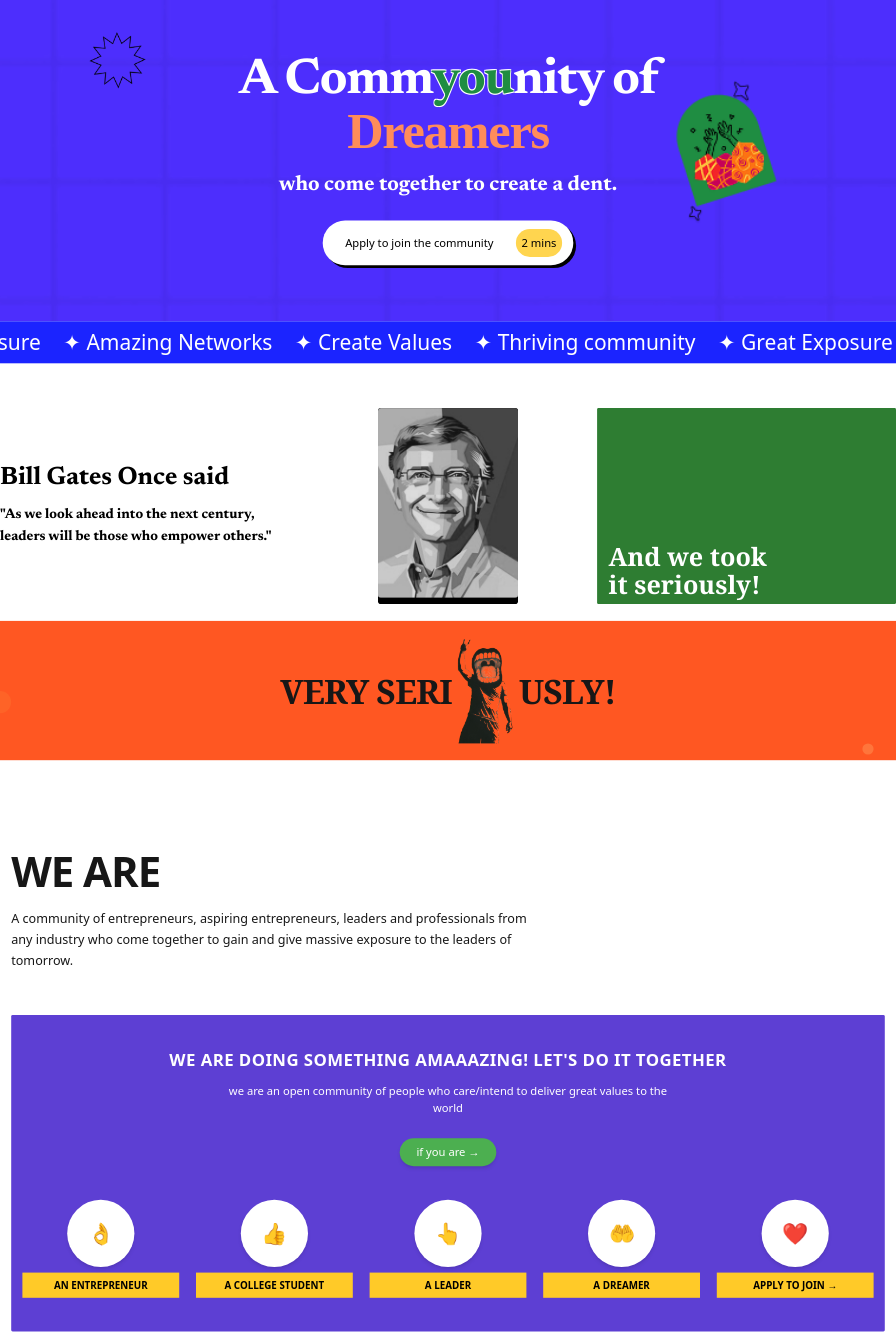
Repository: as-avni/dreamersite
Page: /
These files come from the project's save history. The page is drawn as it stood at one moment and after the next save; the edit follows.
The browser window is 1280 px wide. The pictures show the part of the page from y = 0 to 1920 px (the page is 2623 px tall), at 70% of full size.
Some web fonts or font styles are not loaded; a fallback is used. The project was rebuilt for these pictures with package versions that can differ from the ones it lists, and the page was loaded fresh each time. Some packages were replaced by stand-ins written for this rebuild. The framework's server and built-in components were replaced by stand-ins that run in the browser. Also part of the build but not shown: next.config.ts.

Above is the page before, as saved 2025-03-21 04:53:09.

### src/app/page.tsx
import Hero from "@/components/hero"
import MovingBanner from "@/components/banner"
import BillGatesSection from "@/components/bill-gates"
import AmazingSection from "@/components/amazing"
import QuickFormSection from "@/components/form"

export default function Home() {
  return (
    <main className="min-h-screen bg-white font-sans antialiased">
      <Hero />
      <MovingBanner />
      <BillGatesSection />
      <AmazingSection />
      <QuickFormSection />
    </main>
  )
}

### src/app/globals.css
@import url('https://fonts.googleapis.com/css2?family=Anek+Devanagari:wght@100..800&family=Khand:wght@300;400;500;600;700&family=Newsreader:ital,opsz,wght@0,6..72,200..800;1,6..72,200..800&family=Noto+Sans:ital,wght@0,100..900;1,100..900&family=Poppins:ital,wght@0,100;0,200;0,300;0,400;0,500;0,600;0,700;0,800;0,900;1,100;1,200;1,300;1,400;1,500;1,600;1,700;1,800;1,900&family=Rampart+One&display=swap');

@tailwind base;
@tailwind components;
@tailwind utilities;

:root {
  --background: #ffffff;
  --foreground: #171717;
}

@media (prefers-color-scheme: dark) {
  :root {
    --background: #0a0a0a;
    --foreground: #ededed;
  }
}

html,
body {
  max-width: 100vw;
  overflow-x: hidden;
}

body {
  color: var(--foreground);
  background: var(--background);
  font-family: Arial, Helvetica, sans-serif;
  -webkit-font-smoothing: antialiased;
  -moz-osx-font-smoothing: grayscale;
}

* {
  box-sizing: border-box;
  padding: 0;
  margin: 0;
}

a {
  color: inherit;
  text-decoration: none;
}

@media (prefers-color-scheme: dark) {
  html {
    color-scheme: dark;
  }
}

### src/components/hero.tsx
"use client"

import { motion } from "framer-motion"

export default function Hero() {
  return (
    <section className="relative flex flex-col items-center justify-center py-20 px-4 text-white text-center overflow-hidden bg-[url('/images/grid-bg.png')] bg-stretch">

      {/* Rotating Star Image */}
      <motion.img
        src="/images/Star.png"
        alt="Star"
        className="absolute w-20 h-20"
        style={{ top: "10%", left: "10%" }}
        // animate={{ rotate: 360 }}
        // transition={{ repeat: Infinity, duration: 10, ease: "linear" }}
      />

      {/* Static Image in a Div */}
      <div
        className="absolute w-60 h-60 bg-cover bg-center"
        style={{ top: "20%", right: "10%", backgroundImage: "url('/images/image.png')" }}
      ></div>

      <div className="relative max-w-3xl mx-auto w-full">
        <motion.h1
          className="text-5xl md:text-6xl lg:text-7xl font-newsreader font-bold mb-4 tracking-tight"
          initial={{ opacity: 0, y: 20 }}
          animate={{ opacity: 1, y: 0 }}
          transition={{ duration: 0.8 }}
        >
          A Comm<span className="text-[#1F8D42] [text-shadow:-1px_-1px_0_white,1px_-1px_0_white,-1px_1px_0_white,1px_1px_0_white]">you</span>nity of <br />
          <span className="font-rampartone text-[#FF8C5A]">Dreamers</span>
        </motion.h1>

        <motion.p
          className="text-3xl mb-8 font-bold font-newsreader"
          initial={{ opacity: 0, y: 20 }}
          animate={{ opacity: 1, y: 0 }}
          transition={{ duration: 0.8, delay: 0.2 }}
        >
          who come together to create a dent.
        </motion.p>

        <motion.div
          className="inline-flex items-center bg-white rounded-full px-2 py-1 text-black font-medium transition-all hover:bg-gray-50 shadow-[4px_4px_0px_black]"
          initial={{ opacity: 0, y: 20 }}
          animate={{ opacity: 1, y: 0 }}
          transition={{ duration: 0.8, delay: 0.4 }}
          whileHover={{ scale: 1.03 }}
        >
          <button className="bg-white text-black rounded-full px-6 py-4 font-medium transition-all hover:bg-gray-50">
            Apply to join the community
          </button>
          <span className="text-black bg-[#FFD54F] p-2 rounded-full font-medium ml-2 mr-2">2 mins</span>
        </motion.div>
      </div>
    </section>
  )
}

### src/components/banner.tsx
"use client"

import { useRef } from "react"

export default function MovingBanner() {
  const bannerItems = [
    "✦ Thriving community",
    "✦ Great Exposure",
    "✦ Amazing Networks",
    "✦ Create Values",
  ]

  return (
    <div className="bg-[#1B24FF] text-white py-3 overflow-hidden relative">
      <div className="flex whitespace-nowrap mx-auto w-max animate-scrollBanner">
        {/* Duplicate the items to ensure seamless looping */}
        {[...bannerItems,...bannerItems,...bannerItems].map((item, index) => (
          <span key={index} className="mx-4 text-3xl font-medium">
            {item}
          </span>
        ))}
      </div>

      {/* CSS Animation */}
      <style jsx>{`
        @keyframes scrollBanner {
          from {
            transform: translateX(0);
          }
          to {
            transform: translateX(-50%);
          }
        }

        .animate-scrollBanner {
          animation: scrollBanner 20s linear infinite;
        }
      `}</style>
    </div>
  )
}

### src/components/bill-gates.tsx
"use client"

import Image from "next/image"
import { motion } from "framer-motion"

export default function BillGatesSection() {
return (
    <section className=" py-16 px-4 md:px-0 lg:px-0 max-w-7xl mx-auto w-full">
        <div className="grid grid-cols-1 md:grid-cols-3 w-full items-center">
            {/* Quote Text Section */}
            <motion.div
                className="col-span-1 flex flex-col justify-center w-[]"
                initial={{ opacity: 0, x: -20 }}
                whileInView={{ opacity: 1, x: 0 }}
                transition={{ duration: 0.6 }}
                viewport={{ once: true }}
            >
                <h2 className="px-0 text-4xl font-bold mb-4 text-black font-newsreader">Bill Gates Once said</h2>
                <p className="text-xl leading-relaxed font-bold text-black font-newsreader">
                &quot;As we look ahead into the next century, leaders will be those who empower others.&quot;
                </p>
            </motion.div>

            {/* Bill Gates Image */}
            <motion.div
                className="col-span-1 flex justify-center items-center"
                initial={{ opacity: 0, y: 20 }}
                whileInView={{ opacity: 1, y: 0 }}
                transition={{ duration: 0.6, delay: 0.2 }}
                viewport={{ once: true }}
            >
                <div className="relative w-[200px] h-[280px] bg-black rounded overflow-hidden">
                    <Image
                        src="/images/bill.jpg"
                        width={200}
                        height={200}
                        alt="Bill Gates"
                        className="rounded object-cover"
                    />
                </div>
            </motion.div>

            {/* Green Box Section */}
            <motion.div
                className="h-[280px] col-span-1 bg-[#2E7D32] flex flex-col p-6 text-white rounded-sm relative"
                initial={{ opacity: 0, x: 20 }}
                whileInView={{ opacity: 1, x: 0 }}
                transition={{ duration: 0.6, delay: 0.4 }}
                viewport={{ once: true }}>
                <p className="absolute bottom-12 left-4 text-4xl font-serif font-bold">
                    And we took
                </p>
                <p className="absolute bottom-2 left-4 text-4xl font-bold font-serif">
                    it seriously!
                </p>
            </motion.div>

        </div>

        {/* Orange Section */}
        <motion.div
            className="mt-6 bg-[#FF5722] py-6 px-4 flex items-center justify-center relative overflow-hidden"
            initial={{ opacity: 0, y: 20 }}
            whileInView={{ opacity: 1, y: 0 }}
            transition={{ duration: 0.6, delay: 0.6 }}
            viewport={{ once: true }}
        >
            <div className="flex items-center justify-center space-x-2">
                <h2 className="text-4xl md:text-5xl font-black tracking-tight font-serif">VERY SERI</h2>
                <Image
                    src="/images/seriously.png"
                    width={80}
                    height={100}
                    alt="Serious Photo"
                    className="object-contain"
                />
                <h2 className="text-4xl md:text-5xl font-black tracking-tight font-serif">USLY!</h2>
            </div>

            {/* Decorative elements */}
            <div className="absolute -left-4 top-1/2 w-8 h-8 bg-orange-400 rounded-full opacity-20"></div>
            <div className="absolute right-8 bottom-2 w-4 h-4 bg-orange-300 rounded-full opacity-30"></div>
        </motion.div>
    </section>
)
}

### src/components/amazing.tsx
"use client"

import { motion } from "framer-motion"

export default function AmazingSection() {
  const containerVariants = {
    hidden: { opacity: 0 },
    visible: {
      opacity: 1,
      transition: {
        staggerChildren: 0.1,
      },
    },
  }

  const itemVariants = {
    hidden: { opacity: 0, y: 20 },
    visible: { opacity: 1, y: 0 },
  }

  return (
    <section className="py-16">
      <div className="container mx-auto px-4">
        <motion.div
          className="mb-16"
          initial={{ opacity: 0, y: 20 }}
          whileInView={{ opacity: 1, y: 0 }}
          transition={{ duration: 0.6 }}
          viewport={{ once: true }}
        >
          <h2 className="text-6xl font-bold mb-6 tracking-tight">WE ARE</h2>
          <p className="text-lg max-w-3xl leading-relaxed">
            A community of entrepreneurs, aspiring entrepreneurs, leaders and professionals from any industry who come
            together to gain and give massive exposure to the leaders of tomorrow.
          </p>
        </motion.div>

        <div className="bg-[#5D3FD3] text-white py-12 px-4 text-center rounded-sm">
          <motion.h2
            className="text-2xl font-bold mb-4 uppercase tracking-wide"
            initial={{ opacity: 0, y: 20 }}
            whileInView={{ opacity: 1, y: 0 }}
            transition={{ duration: 0.6 }}
            viewport={{ once: true }}
          >
            We are doing something amaaazing! Let's do it together
          </motion.h2>

          <motion.p
            className="mb-8 max-w-2xl mx-auto"
            initial={{ opacity: 0, y: 20 }}
            whileInView={{ opacity: 1, y: 0 }}
            transition={{ duration: 0.6, delay: 0.2 }}
            viewport={{ once: true }}
          >
            we are an open community of people who care/intend to deliver great values to the world
          </motion.p>

          <motion.button
            className="bg-[#4CAF50] text-white px-6 py-2 rounded-full mb-12 shadow-md hover:bg-[#3d9c40] transition-all"
            initial={{ opacity: 0, y: 20 }}
            whileInView={{ opacity: 1, y: 0 }}
            transition={{ duration: 0.6, delay: 0.4 }}
            viewport={{ once: true }}
            whileHover={{ scale: 1.05 }}
            whileTap={{ scale: 0.95 }}
          >
            if you are →
          </motion.button>

          <motion.div
            className="grid grid-cols-1 md:grid-cols-5 gap-6"
            variants={containerVariants}
            initial="hidden"
            whileInView="visible"
            viewport={{ once: true }}
          >
            <CategoryCard icon="👌" title="AN ENTREPRENEUR" />
            <CategoryCard icon="👍" title="A COLLEGE STUDENT" />
            <CategoryCard icon="👆" title="A LEADER" />
            <CategoryCard icon="🤲" title="A DREAMER" />

            <motion.div className="flex flex-col items-center" variants={itemVariants}>
              <div className="w-24 h-24 rounded-full bg-white mb-2 flex items-center justify-center shadow-md">
                <span className="text-3xl">❤️</span>
              </div>
              <div className="bg-[#FFCA28] py-2 px-4 text-center w-full text-black font-medium hover:bg-[#FFB300] transition-colors cursor-pointer">
                <p className="font-bold text-sm">APPLY TO JOIN →</p>
              </div>
            </motion.div>
          </motion.div>
        </div>

        <motion.div
          className="mt-6 bg-[#FFCA28] p-4 rounded-sm"
          initial={{ opacity: 0, y: 20 }}
          whileInView={{ opacity: 1, y: 0 }}
          transition={{ duration: 0.6, delay: 0.8 }}
          viewport={{ once: true }}
        >
          <div className="flex flex-col md:flex-row">
            <div className="md:w-1/3 mb-4 md:mb-0">
              <h3 className="font-bold text-lg">WE ARE FOR</h3>
              <p className="italic font-medium">The leaders of tomorrow.</p>
            </div>
            <div className="md:w-2/3">
              <p className="text-lg">
                Younicom Commyounity is a platform where diversity of folks come together to do crazy shit together.
              </p>
            </div>
          </div>
        </motion.div>
      </div>
    </section>
  )
}

function CategoryCard({ icon, title }: { icon: string; title: string }) {
  const itemVariants = {
    hidden: { opacity: 0, y: 20 },
    visible: { opacity: 1, y: 0 },
  }

  return (
    <motion.div className="flex flex-col items-center" variants={itemVariants}>
      <motion.div
        className="w-24 h-24 rounded-full bg-white mb-2 flex items-center justify-center shadow-md"
        whileHover={{ scale: 1.05, boxShadow: "0 10px 25px -5px rgba(0, 0, 0, 0.1)" }}
      >
        <span className="text-3xl">{icon}</span>
      </motion.div>
      <div className="bg-[#FFCA28] py-2 px-4 text-center w-full text-black font-medium">
        <p className="font-bold text-sm">{title}</p>
      </div>
    </motion.div>
  )
}

Loaded but not shown: src/app/layout.tsx (common file); tailwind.config.js (21 lines, source omitted); src/components/form.tsx (194 lines, source omitted)

After the next save:
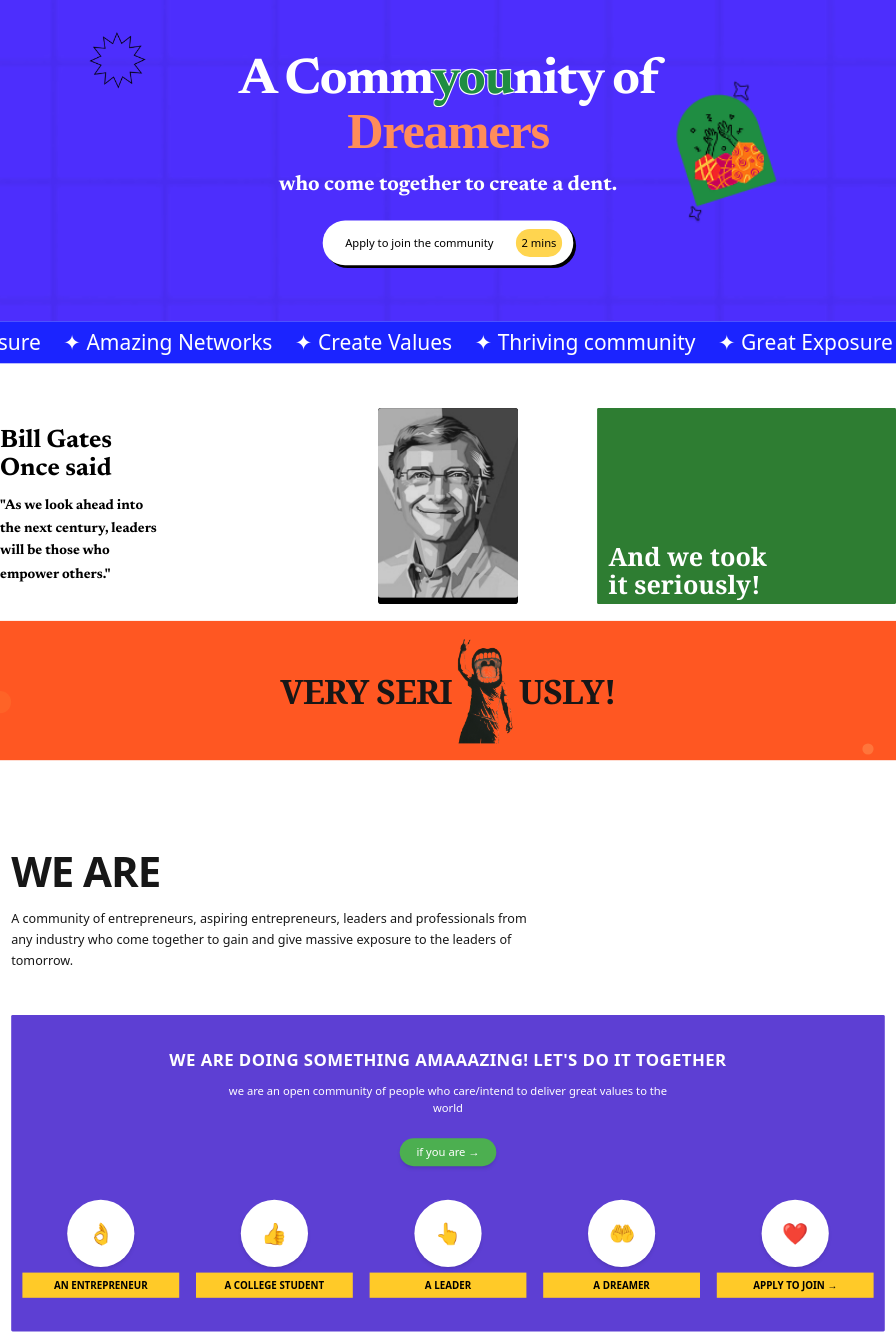
Saved 4 s later.
--- a/src/components/bill-gates.tsx
+++ b/src/components/bill-gates.tsx
@@ -9,7 +9,7 @@
         <div className="grid grid-cols-1 md:grid-cols-3 w-full items-center">
             {/* Quote Text Section */}
             <motion.div
-                className="col-span-1 flex flex-col justify-center w-[]"
+                className="col-span-1 flex flex-col justify-center w-[54%]"
                 initial={{ opacity: 0, x: -20 }}
                 whileInView={{ opacity: 1, x: 0 }}
                 transition={{ duration: 0.6 }}

After the save that followed:
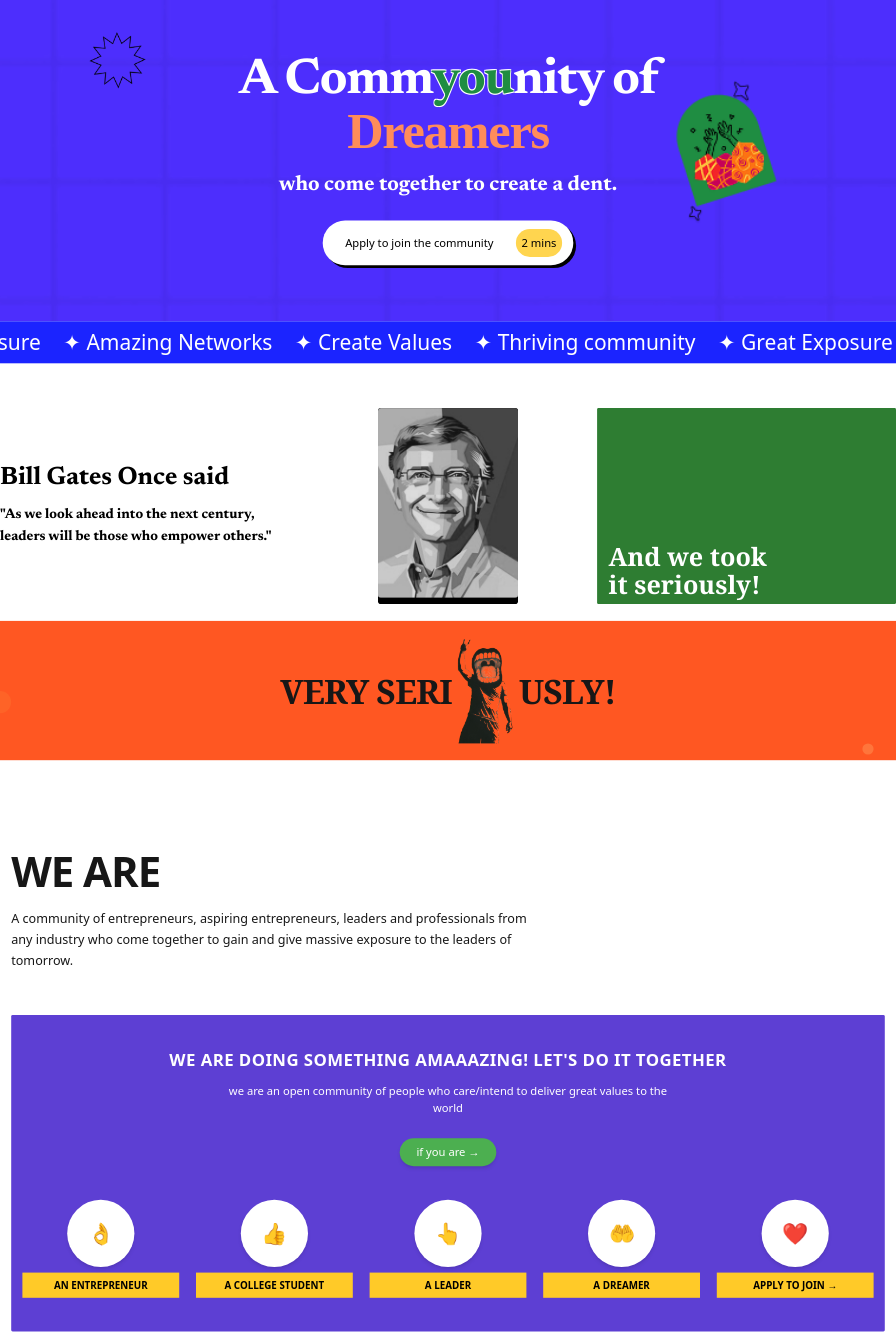
Saved 5 s later.
--- a/src/components/bill-gates.tsx
+++ b/src/components/bill-gates.tsx
@@ -9,7 +9,7 @@
         <div className="grid grid-cols-1 md:grid-cols-3 w-full items-center">
             {/* Quote Text Section */}
             <motion.div
-                className="col-span-1 flex flex-col justify-center w-[54%]"
+                className="col-span-1 flex flex-col justify-center"
                 initial={{ opacity: 0, x: -20 }}
                 whileInView={{ opacity: 1, x: 0 }}
                 transition={{ duration: 0.6 }}
